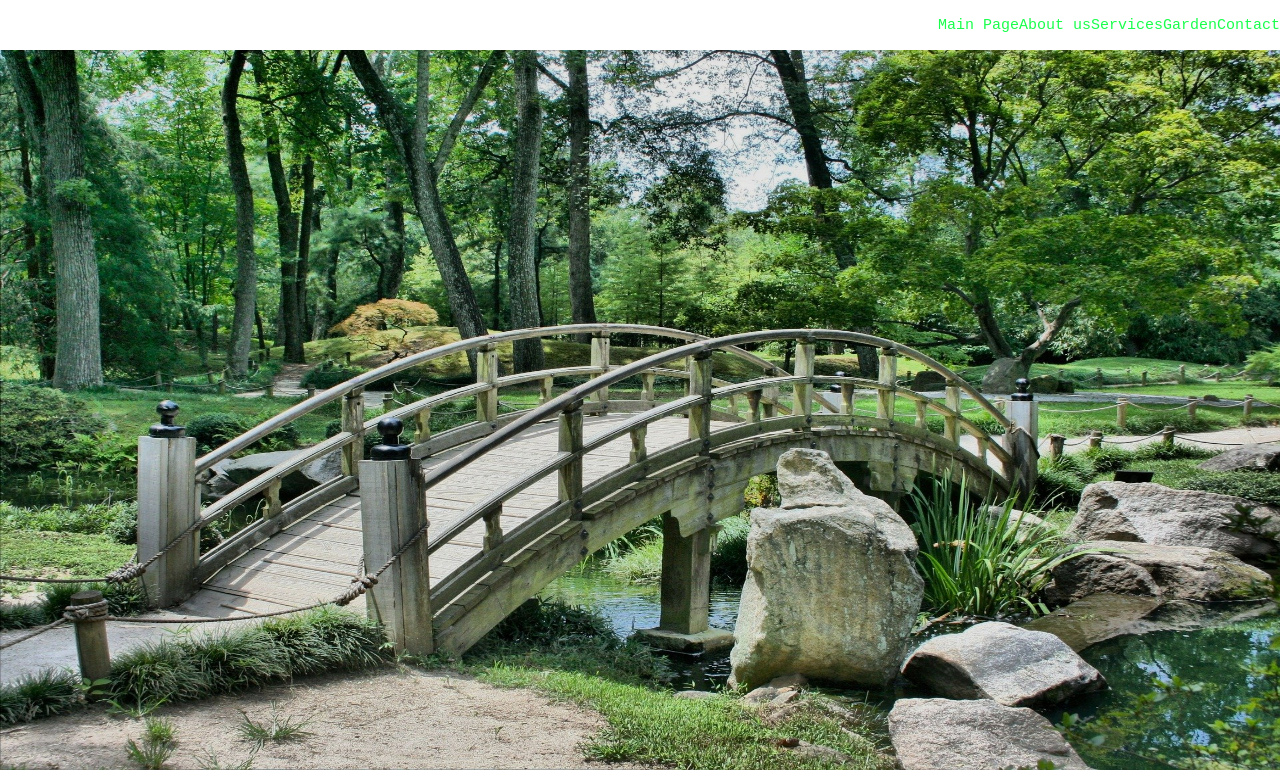
Repository: PatryxB/garden
Page: http://localhost/
The author's editor kept a copy of each file at every save. The page is drawn from the files as they stood at one save, then again after the next save.
The browser window is 1280 px wide. The pictures show the whole page.
Some web fonts or font styles are not loaded; a fallback is used. The page is served by the project's Laravel application, run on PHP 8.4 with Laravel 8. Other server files are loaded and not shown. Style sheets and scripts are compiled from the project's sources, by tool versions that may differ from the author's.

Above is the page before, as saved 2020-05-01 21:05:47.

### resources/views/welcome.blade.php
<!DOCTYPE html>
<html lang="{{ str_replace('_', '-', app()->getLocale()) }}">
    <head>
        <meta charset="utf-8">
        <meta name="viewport" content="width=device-width, initial-scale=1">

        <title>Garden</title>

        <!-- Fonts -->
        <link href="https://fonts.googleapis.com/css?family=Nunito:200,600" rel="stylesheet">
        <link rel="stylesheet" href="/css/app.css">

    <body>

        <nav>
            <ul>
                <li><a href="">Main Page</a></li>
                <li><a href="">About us</a></li>
                <li><a href="">Services</a></li>
                <li><a href="">Garden</a></li>
                <li><a href="">Contact</a></li>
            </ul>
        </nav>

        <div class="banner">
            <img src="{{url('/img/gardenbanner.jpg')}}" alt="">
        </div>

    </body>
</html>

### resources/sass/app.scss
@import url('https://fonts.googleapis.com/css2?family=Roboto+Mono&display=swap');
html, body{
    box-sizing: border-box;
    margin: 0;
    padding: 0;
    font-family: 'Roboto Mono', monospace;
}
nav{
    width: 100%;
}
nav ul{
    display: flex;
    float: right;
}
nav ul li a{
    text-decoration: none;
    font-size: 15px;
    display: inline-block;
    color: rgb(25, 255, 75);
}
li{
    list-style: none;
}
.banner img{
    width: 100%;
    height: 100vh;
    position: relative;
    filter: brightness(90%);
}

Loaded but not shown: routes/web.php (common file)

After the next save:
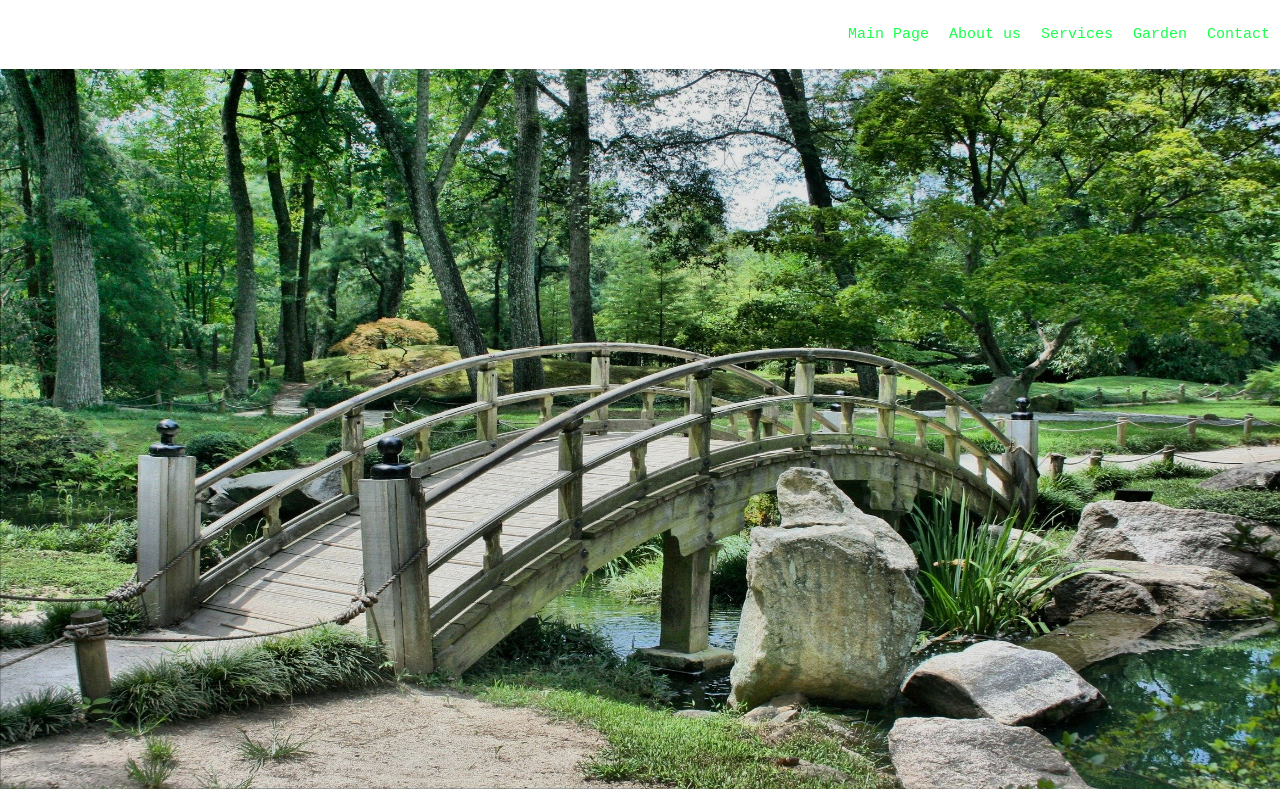
Saved 19 s later.
--- a/resources/sass/app.scss
+++ b/resources/sass/app.scss
@@ -17,6 +17,8 @@ nav ul li a{
     font-size: 15px;
     display: inline-block;
     color: rgb(25, 255, 75);
+    background-color: white;
+    padding: 10px;
 }
 li{
     list-style: none;
